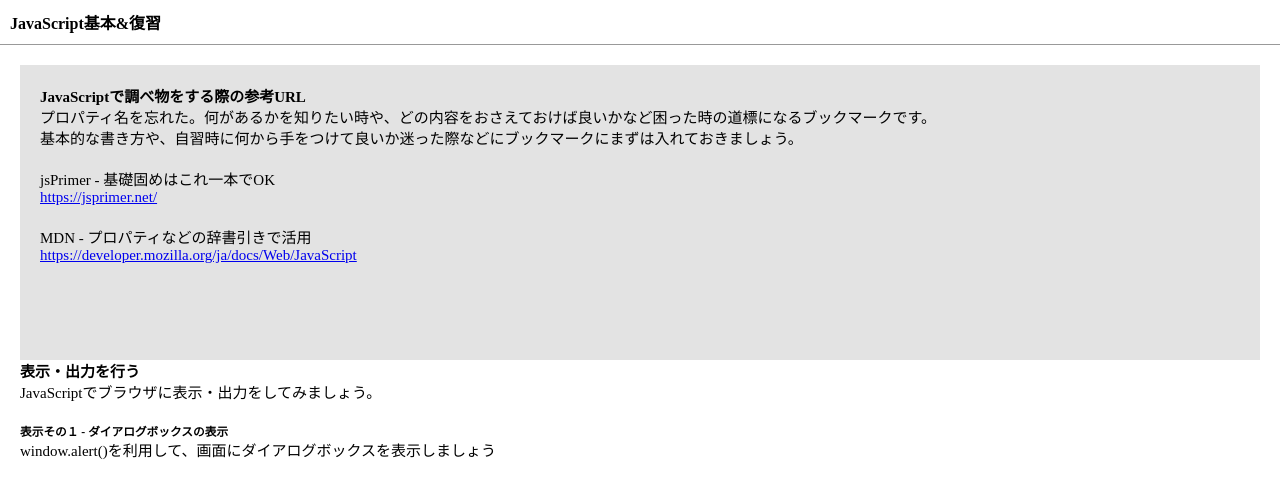
Repository: Yuto-Arakawa/study_js
Page: 01_basic/荒川/ara_basic01.html
An editor plug-in stored every save of this project. The page is shown before and after the next save, followed by the edit.
The browser window is 1280 px wide. The pictures show the whole page.

Above is the page before, as saved 2026-11-06 14:57:06.

After the next save:
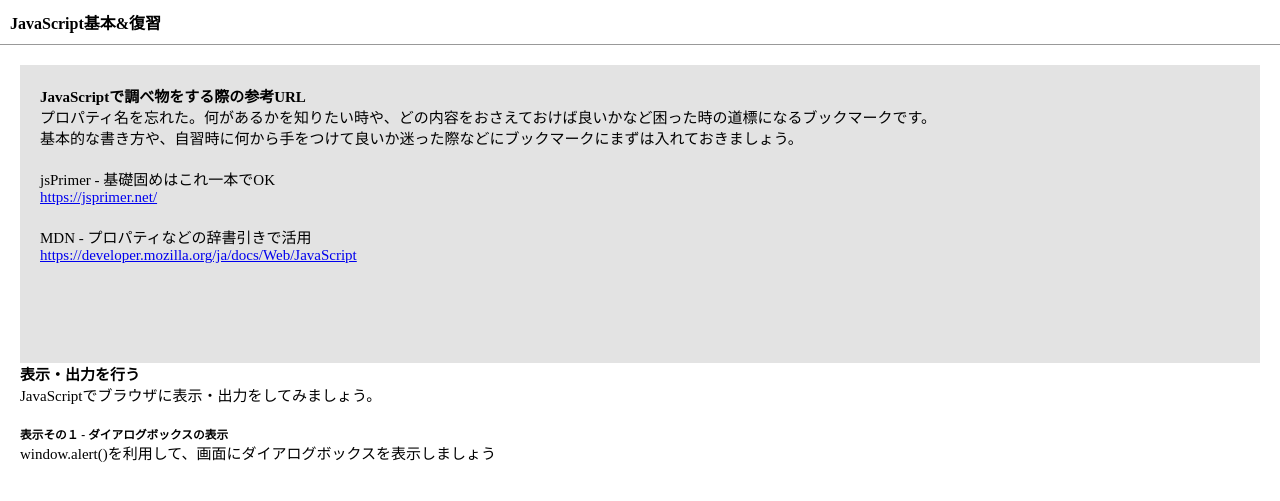
Saved 11 s later.
--- a/01_basic/荒川/css/basic01.css
+++ b/01_basic/荒川/css/basic01.css
@@ -18,6 +18,6 @@ main{
 
 .reference{
     padding: 20px;
-    height: 295px;
+    height: 298px;
     background-color: #e3e3e3;
 }
